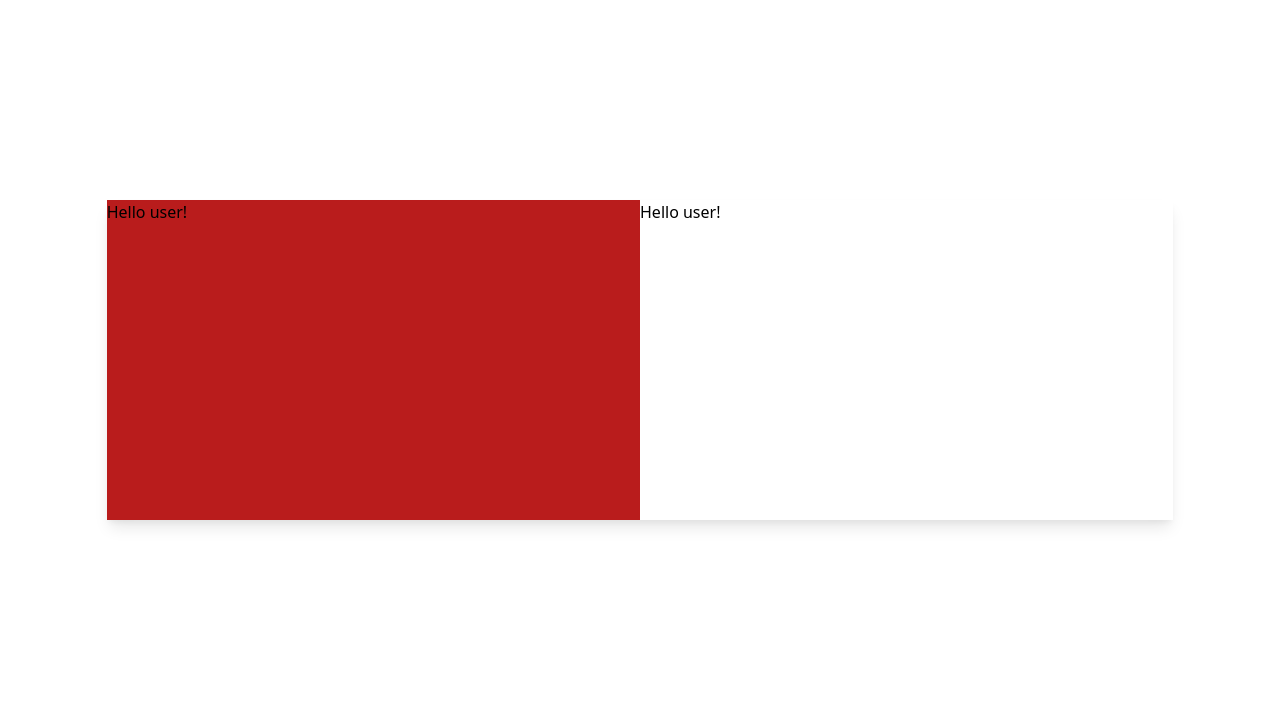
Repository: latenightsnacc/giggles
Page: HTML/user.html
The author's editor kept a copy of each file at every save. The page is drawn from the files as they stood at one save, then again after the next save.
The browser window is 1280 px wide. The pictures show the whole page.
Some web libraries are served in a nearby version.

Above is the page before, as saved 2021-01-01 16:05:15.

After the next save:
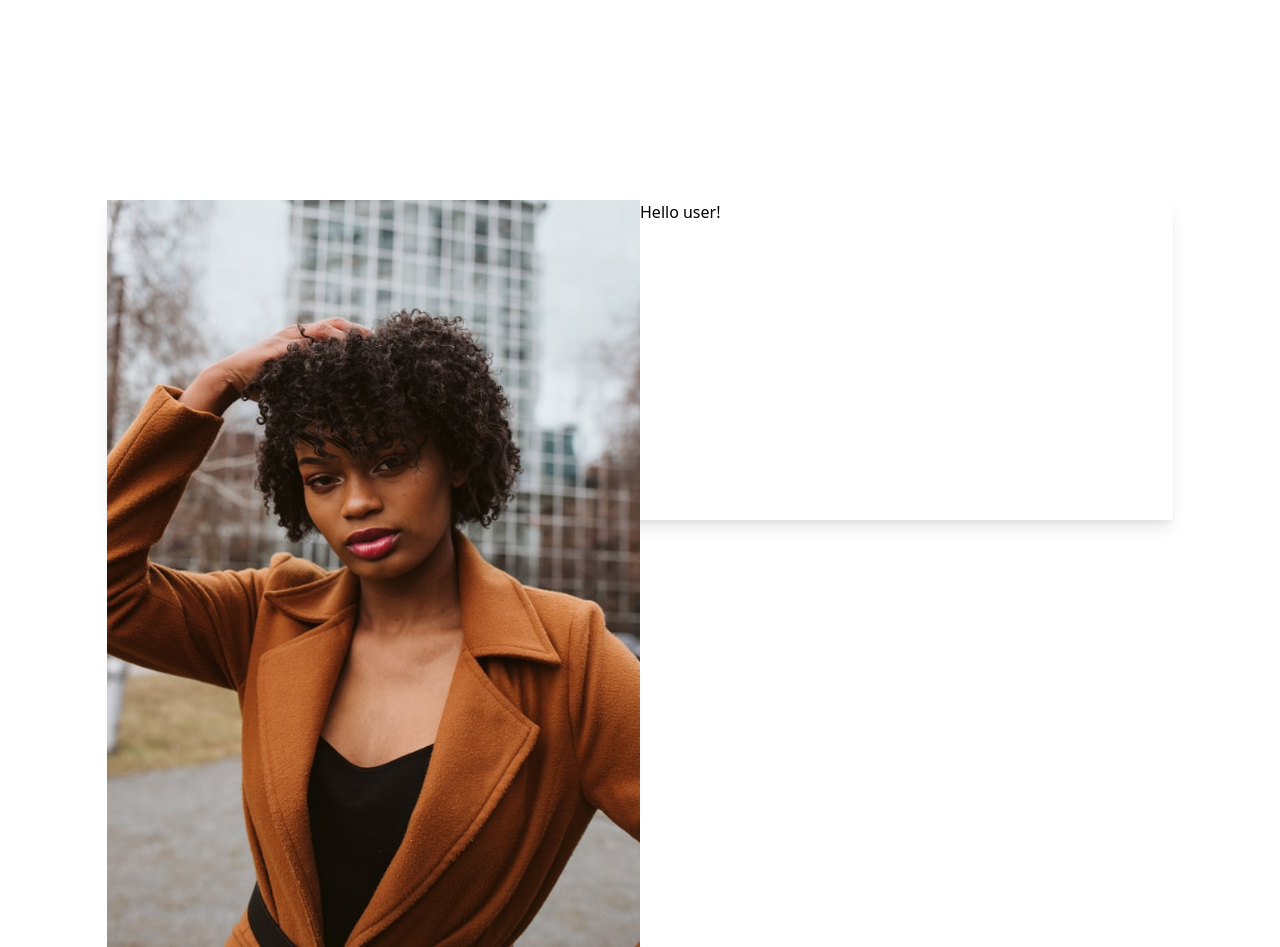
Saved 5 min 39 s later.
--- a/HTML/user.html
+++ b/HTML/user.html
@@ -10,7 +10,7 @@
     <div class="wrapper flex justify-center items-center w-100 bg-grey-300 h-screen">
         <div class="w-5/6 flex shadow-lg h-80 bg-grey-300 border-blue-50">
             <div class="w-1/2 bg-red-700 h-full">
-                <h1>Hello user!</h1>
+                <img src="assets/userDp.jpg" />
             </div>
 
             <div class="w-1/2 bg-grey-50 h-full">
